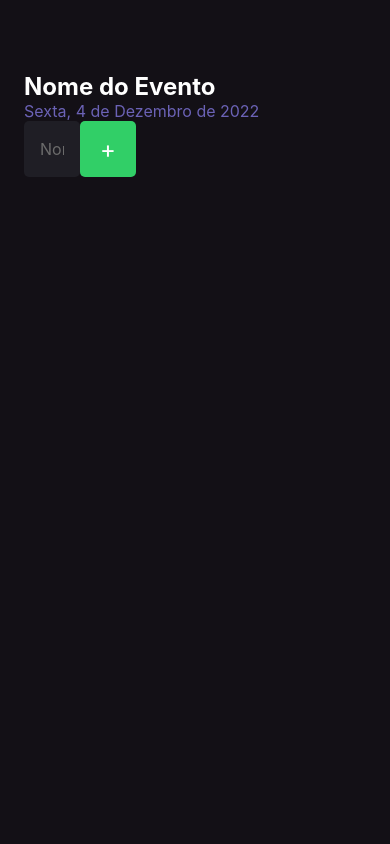
Repository: guilhermecardoso93/reactNative-ignite-imhere
Screen: /
The author's editor kept a copy of each file at every save. The screen is drawn from the files as they stood at one save, then again after the next save.
The app was drawn by React Native's web renderer in a window 390 px wide. The project was rebuilt for these pictures with package versions that can differ from the ones it lists, and the page was loaded fresh each time.

Above is the screen before, as saved 2022-10-02 19:54:25.

### App.tsx
import { Text, View, StyleSheet } from "react-native";
import Home from "./src/screens/Home";

export default function App() {
  return (
    <>
      <Home/>
    </>
  );
}

### src/screens/Home/index.tsx
import { Text, View, TextInput, TouchableOpacity } from "react-native";

import { styles } from "./styles";

export default function Home() {
  function handleAddPArticipant() {
    console.log("ADD part");
  }

  return (
    <View style={styles.container}>
      <Text style={styles.eventName}>Nome do Evento</Text>
      <Text style={styles.eventDate}>Sexta, 4 de Dezembro de 2022</Text>
      <View style={styles.form}>
        <TextInput
          style={styles.eventInput}
          placeholder="Nome do Participante"
          placeholderTextColor="#6b6b6b"
        />
        <TouchableOpacity style={styles.button} onPress={handleAddPArticipant}>
          <Text style={styles.buttonText}>+</Text>
        </TouchableOpacity>
      </View>
    </View>
  );
}

### src/screens/Home/styles.ts
import { StyleSheet } from "react-native";

export const styles = StyleSheet.create({
  container: {
    flex: 1,
    padding: 24,
    backgroundColor: "#131016",
  },
  eventName: {
    color: "#fff",
    fontSize: 24,
    fontWeight: "bold",
    marginTop: 48,
  },
  eventDate: {
    color: "#6b62b6",
    fontSize: 16,
  },

  eventInput: {
    backgroundColor: "#1f1e25",
    color: "#FFF",
    height: 56,
    width: 56,
    borderRadius: 5,
    padding: 16,
    fontSize: 16,
  },

  button: {
    width: 56,
    height: 56,
    borderRadius: 5,
    backgroundColor: "#31cf67",
    alignItems: "center",
    justifyContent: "center",
  },
  buttonText: {
    color: "#FFF",
    fontSize: 24,
  },
  form: {
    width: "100%",
    flexDirection: "row",
    //justifyContent: "space-between",
  },
});

After the next save:
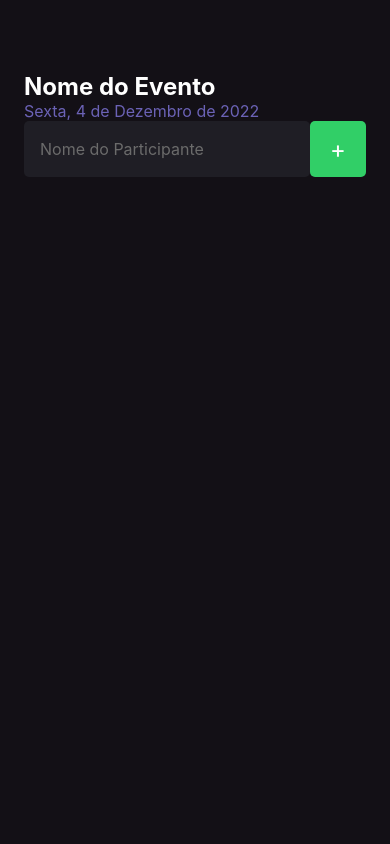
Saved 14 s later.
--- a/src/screens/Home/styles.ts
+++ b/src/screens/Home/styles.ts
@@ -21,7 +21,7 @@ export const styles = StyleSheet.create({
     backgroundColor: "#1f1e25",
     color: "#FFF",
     height: 56,
-    width: 56,
+    width: "100%",
     borderRadius: 5,
     padding: 16,
     fontSize: 16,
